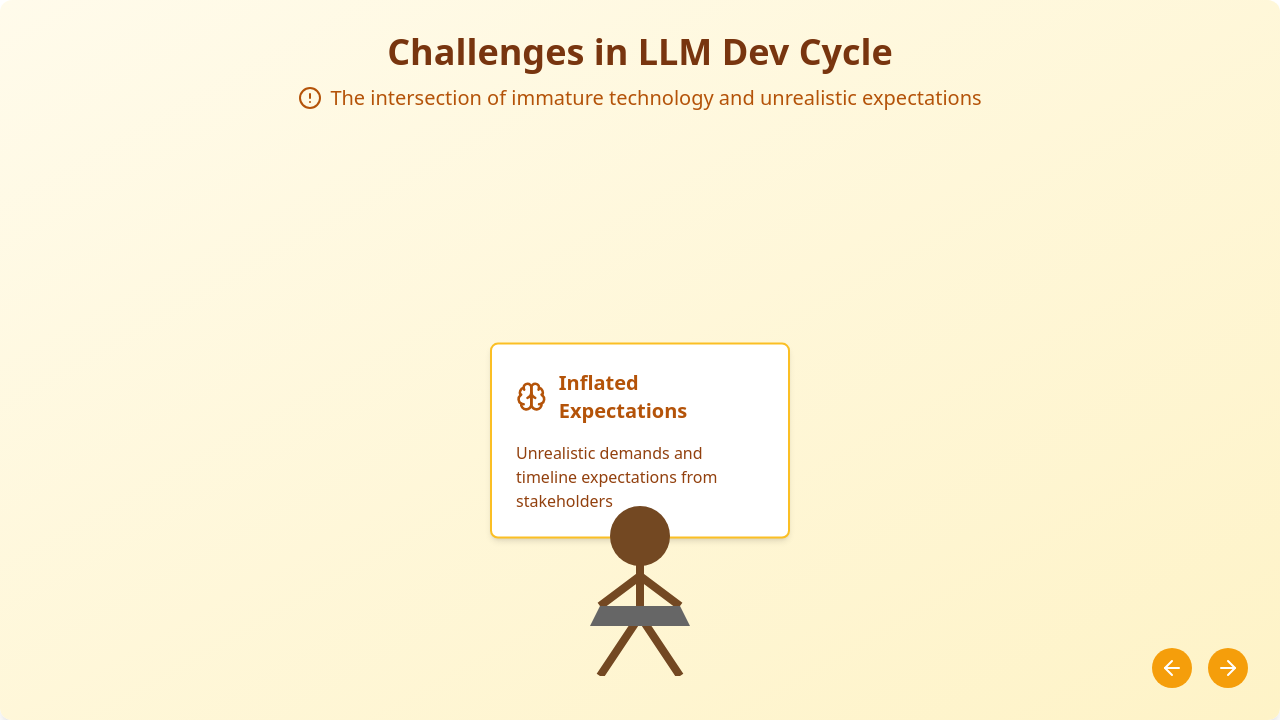
Repository: Galbaz1/dell_presentation
Page: /slide2
The author's editor kept a copy of each file at every save. The page is drawn from the files as they stood at one save, then again after the next save.
The browser window is 1280 px wide. The pictures show the whole page.
The project was rebuilt for these pictures with package versions that can differ from the ones it lists, and the page was loaded fresh each time. The framework's server and built-in components were replaced by stand-ins that run in the browser. Also part of the build but not shown: styles/animations/slide1.css, styles/animations/slide2.css.

Above is the page before, as saved 2024-11-11 16:03:22.

### pages/_app.tsx
import '../styles/globals.css'
import '../styles/animations/slide1.css'
import '../styles/animations/slide2.css'
import type { AppProps } from 'next/app'

function MyApp({ Component, pageProps }: AppProps) {
  return <Component {...pageProps} />
}

export default MyApp

### pages/slide2.tsx
import React from 'react';
import { ArrowRight, ArrowLeft, AlertCircle, Brain } from 'lucide-react';
import Link from 'next/link';

const Slide2: React.FC = () => {
  return (
    <div className="bg-gradient-to-br from-amber-50 to-amber-100 p-8 rounded-xl shadow-lg min-h-screen overflow-hidden relative">
      {/* Header */}
      <div className="mb-16 text-center">
        <h1 className="text-4xl font-bold text-amber-900 mb-3">Challenges in LLM Dev Cycle</h1>
        <p className="text-xl text-amber-700 flex items-center justify-center">
          <AlertCircle className="w-6 h-6 mr-2" />
          The intersection of immature technology and unrealistic expectations
        </p>
      </div>

      {/* Main Content Area */}
      <div className="max-w-5xl mx-auto relative h-[500px]">
        {/* Falling Block */}
        <div
          className="absolute left-1/2 -translate-x-1/2 top-0 w-[300px] animate-fall-bounce"
        >
          <div className="bg-white p-6 rounded-lg shadow-md border-2 border-amber-400">
            <div className="flex items-center mb-4 text-amber-700">
              <Brain className="w-8 h-8" />
              <h3 className="text-xl font-semibold ml-3">Inflated Expectations</h3>
            </div>
            <p className="text-amber-800">
              Unrealistic demands and timeline expectations from stakeholders
            </p>
          </div>
        </div>

        {/* Developer Figure */}
        <div className="absolute bottom-0 left-1/2 -translate-x-1/2">
          <div className="relative w-[200px] h-[200px]">
            {/* Developer silhouette */}
            <svg viewBox="0 0 100 100" className="w-full h-full">
              {/* Body */}
              <path
                d="M50 35 L50 70 L30 100 M50 70 L70 100 M50 50 L30 65 M50 50 L70 65"
                stroke="#734822"
                strokeWidth="4"
                fill="none"
              />
              {/* Head */}
              <circle cx="50" cy="30" r="15" fill="#734822" />
              {/* Laptop */}
              <path
                d="M30 65 L70 65 L75 75 L25 75 Z"
                fill="#666"
              />
            </svg>
          </div>
        </div>
      </div>

      {/* Navigation */}
      <div className="absolute bottom-8 right-8 flex items-center space-x-4">
        <Link href="/" className="bg-amber-500 hover:bg-amber-600 text-white p-2 rounded-full transition-colors">
          <ArrowLeft className="w-6 h-6" />
        </Link>
        <Link href="/slide3" className="bg-amber-500 hover:bg-amber-600 text-white p-2 rounded-full transition-colors">
          <ArrowRight className="w-6 h-6" />
        </Link>
      </div>
    </div>
  );
};

export default Slide2;

### styles/globals.css
@tailwind base;
@tailwind components;
@tailwind utilities;

@keyframes fallAndBounce {
  0% {
    transform: translateY(-100%) translateX(-50%);
  }
  75% {
    transform: translateY(100%) translateX(-50%);
  }
  85% {
    transform: translateY(80%) translateX(-50%);
  }
  95% {
    transform: translateY(90%) translateX(-50%);
  }
  100% {
    transform: translateY(85%) translateX(-50%);
  }
}

.animate-fall-bounce {
  animation: fallAndBounce 2s cubic-bezier(0.4, 0, 0.2, 1) forwards;
}

### tailwind.config.js
/** @type {import('tailwindcss').Config} */
module.exports = {
  content: [
    "./pages/**/*.{js,ts,jsx,tsx}",
    "./components/**/*.{js,ts,jsx,tsx}",
    "./styles/**/*.css",
  ],
  theme: {
    extend: {},
  },
  plugins: [],
}

After the next save:
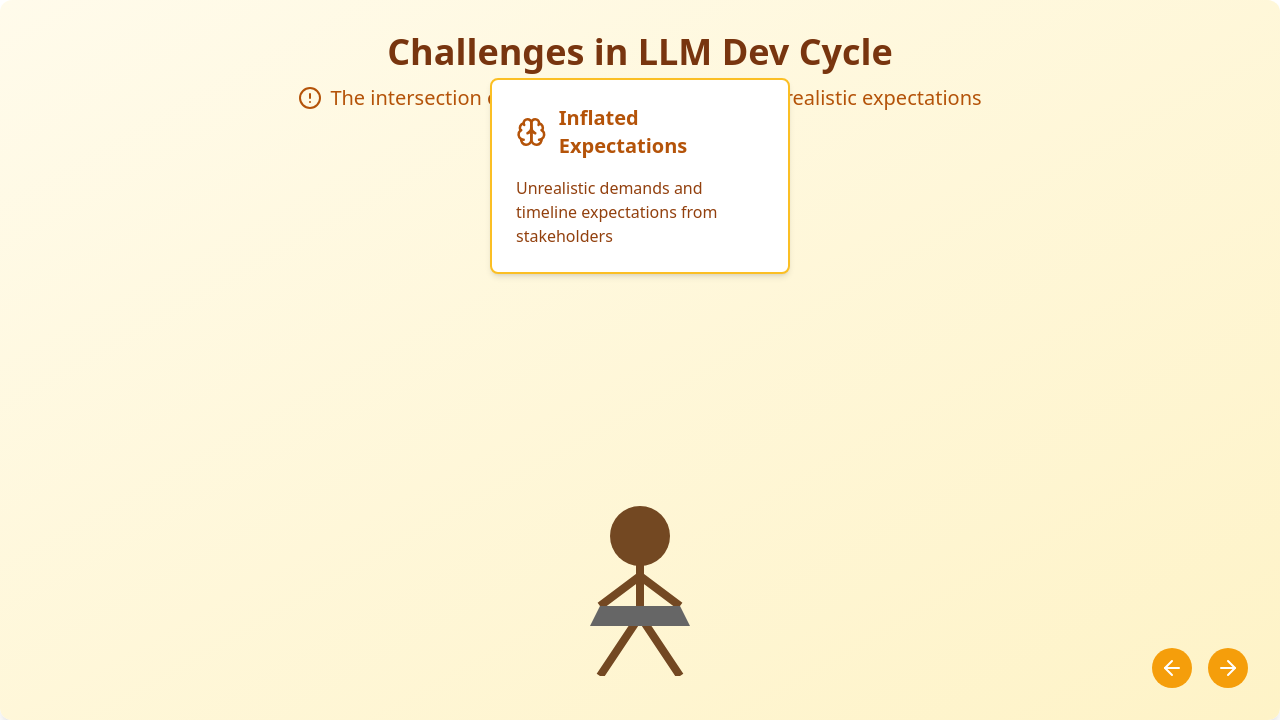
Saved 77 s later.
--- a/styles/globals.css
+++ b/styles/globals.css
@@ -6,20 +6,34 @@
   0% {
     transform: translateY(-100%) translateX(-50%);
   }
-  75% {
+  70% {
     transform: translateY(100%) translateX(-50%);
   }
-  85% {
-    transform: translateY(80%) translateX(-50%);
-  }
-  95% {
-    transform: translateY(90%) translateX(-50%);
+  75% {
+    transform: translateY(95%) translateX(-50%);
   }
   100% {
-    transform: translateY(85%) translateX(-50%);
+    transform: translateY(-50%) translateX(-50%);
+  }
+}
+
+@keyframes developerFall {
+  0% {
+    transform: translateX(-50%) rotate(0deg);
+  }
+  20% {
+    transform: translateX(-50%) rotate(0deg);
+  }
+  100% {
+    transform: translateX(20%) rotate(90deg);
   }
 }
 
 .animate-fall-bounce {
   animation: fallAndBounce 2s cubic-bezier(0.4, 0, 0.2, 1) forwards;
 }
+
+.animate-developer-fall {
+  animation: developerFall 1s cubic-bezier(0.4, 0, 0.2, 1) forwards;
+  animation-delay: 1.4s;
+}
